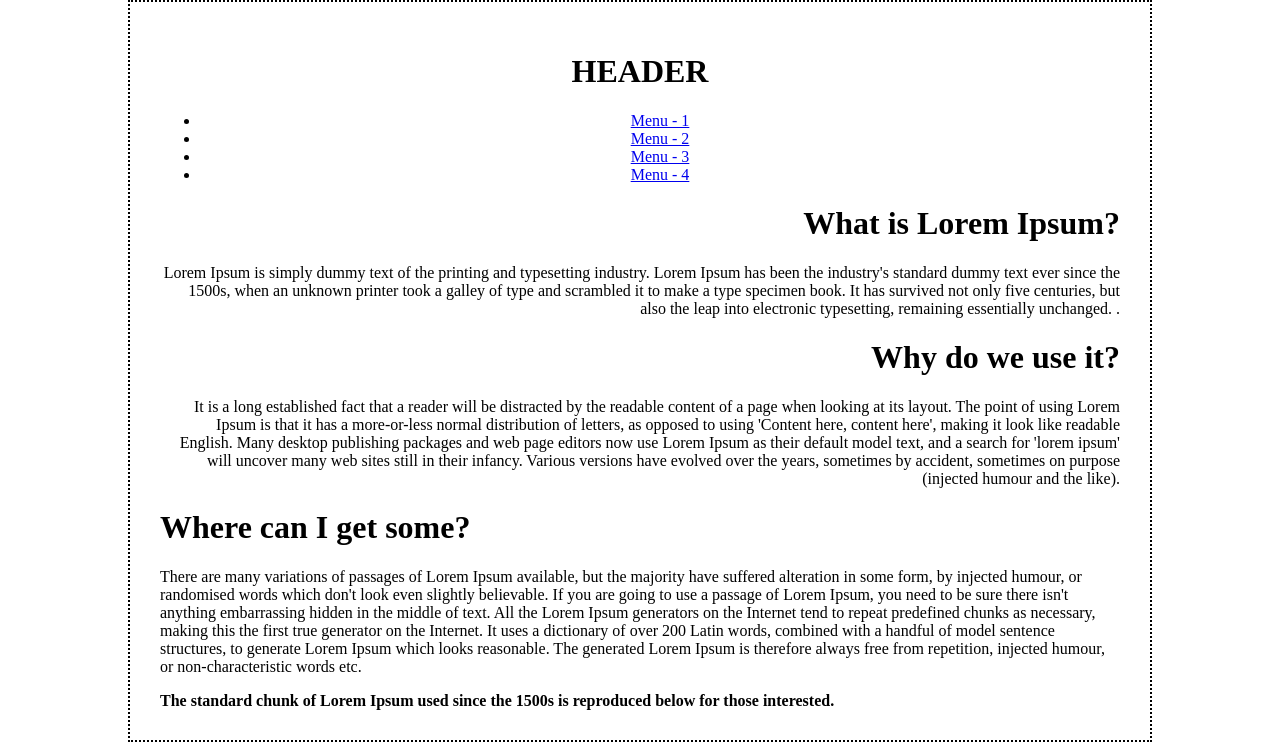
Repository: daeun0220/KB_EDU_JAVA
Page: work03_FrontUI/front01_HTML5/src/main/webapp/html07_div_template.html
An editor plug-in stored every save of this project. The page is shown before and after the next save, followed by the edit.
The browser window is 1280 px wide. The pictures show the whole page.

Above is the page before, as saved 2023-08-07 07:14:21.

After the next save:
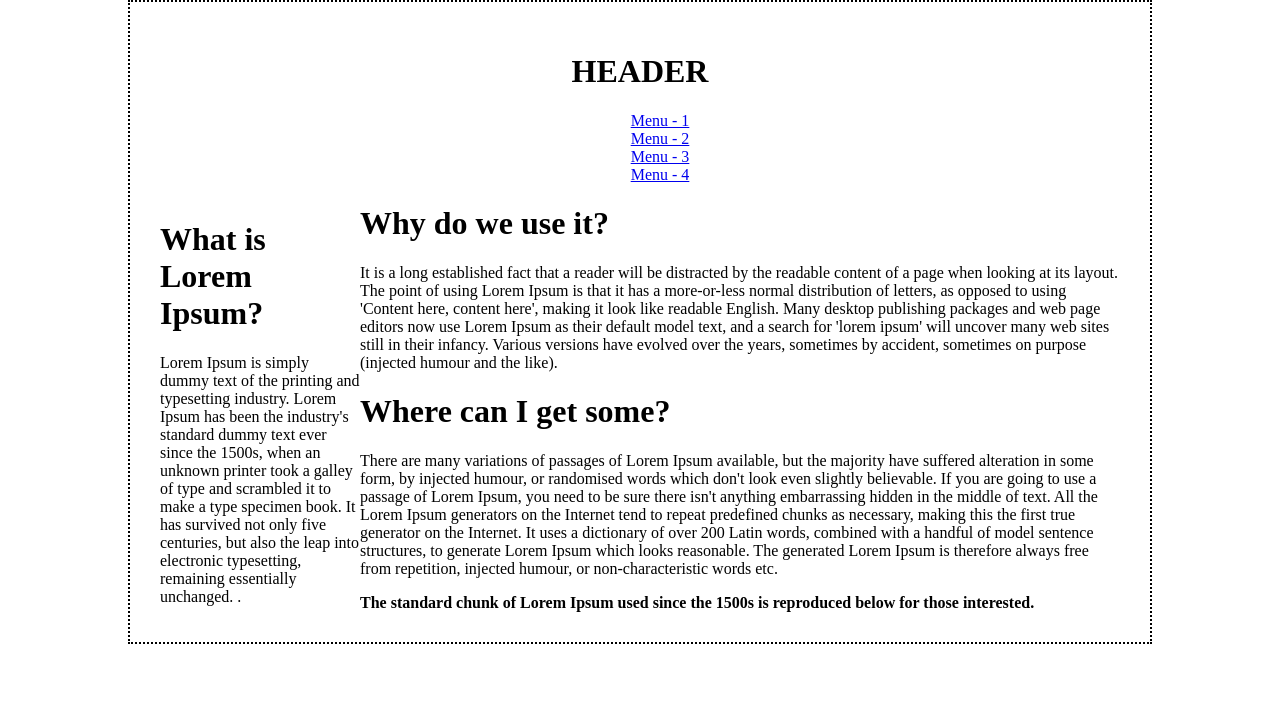
Saved 2 min 50 s later.
--- a/work03_FrontUI/front01_HTML5/src/main/webapp/html07_div_template.html
+++ b/work03_FrontUI/front01_HTML5/src/main/webapp/html07_div_template.html
@@ -13,10 +13,12 @@
 	#header, #menu{
 		text-align: center;
 	}
-
-	#section1, #section2{
-		text-align: right;
-		width: 960px;
+	ul{
+		list-style: none;
+	}
+	#section1{
+		float: left;
+		width: 200px;
 	}
 
 
